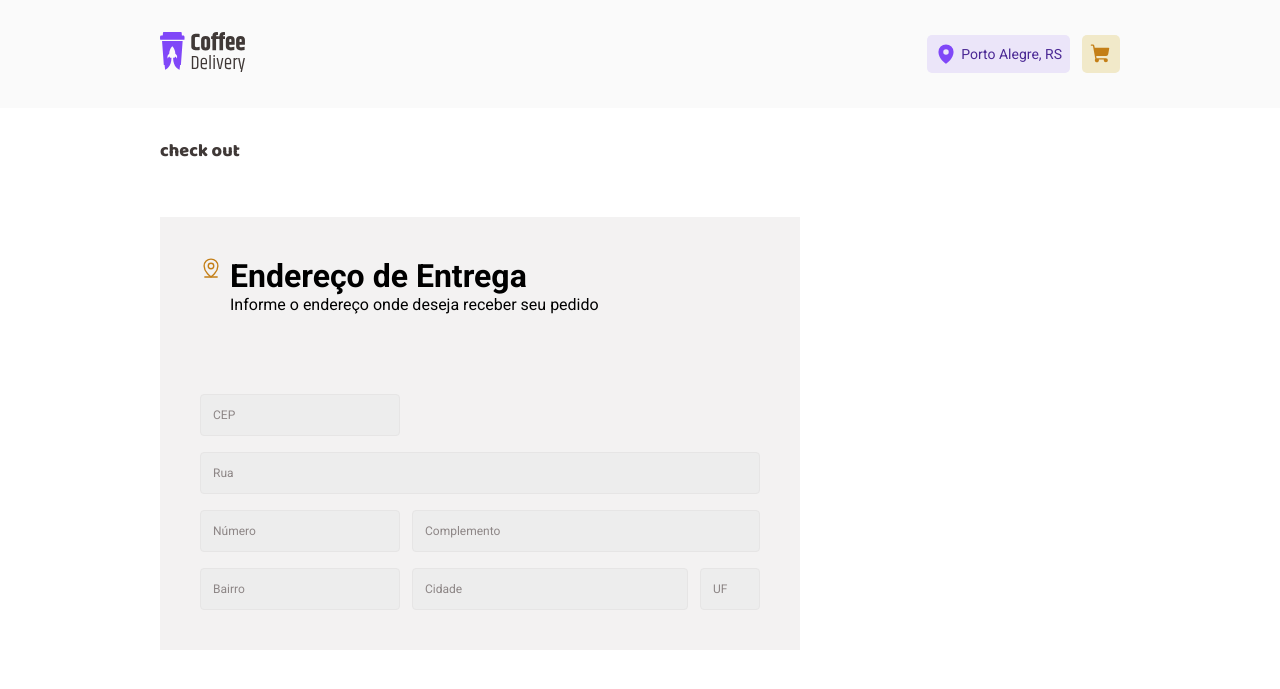
Repository: caueenrico/CoffeDelivery
Page: /checkout
These files come from the project's save history. The page is drawn as it stood at one moment and after the next save; the edit follows.
The browser window is 1280 px wide. The pictures show the whole page.
The project was rebuilt for these pictures with package versions that can differ from the ones it lists, and the page was loaded fresh each time. Also part of the build but not shown: vite.config.ts, src/components/CoffesOptions/styled.ts, src/components/CoffeCards/styles.ts, src/components/IpuntNumber/styles.ts, src/components/IpuntNumber/index.tsx, src/components/CartOfCard/styles.ts, src/components/CartOfCard/index.tsx, src/utils/formatMoney.ts and 4 more.

Above is the page before, as saved 2022-09-22 15:26:12.

After the next save:
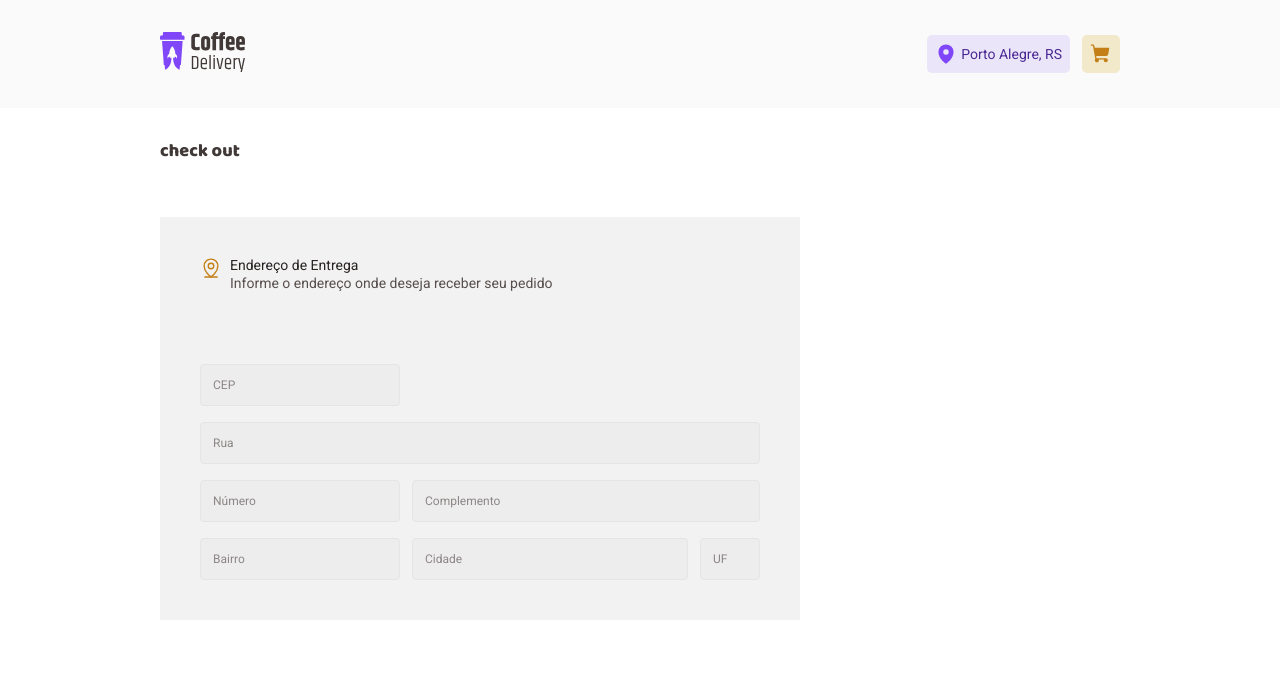
Saved 4 s later.
--- a/src/pages/CheckOut/components/TextosCheck/styles.ts
+++ b/src/pages/CheckOut/components/TextosCheck/styles.ts
@@ -4,7 +4,7 @@ export const SectionTitleContainer = styled.div`
   display: flex;
   gap: 0.5rem;
   margin: 40px;
-  mari
+  margin-bottom: 32px;
 
   div{
     h1{
